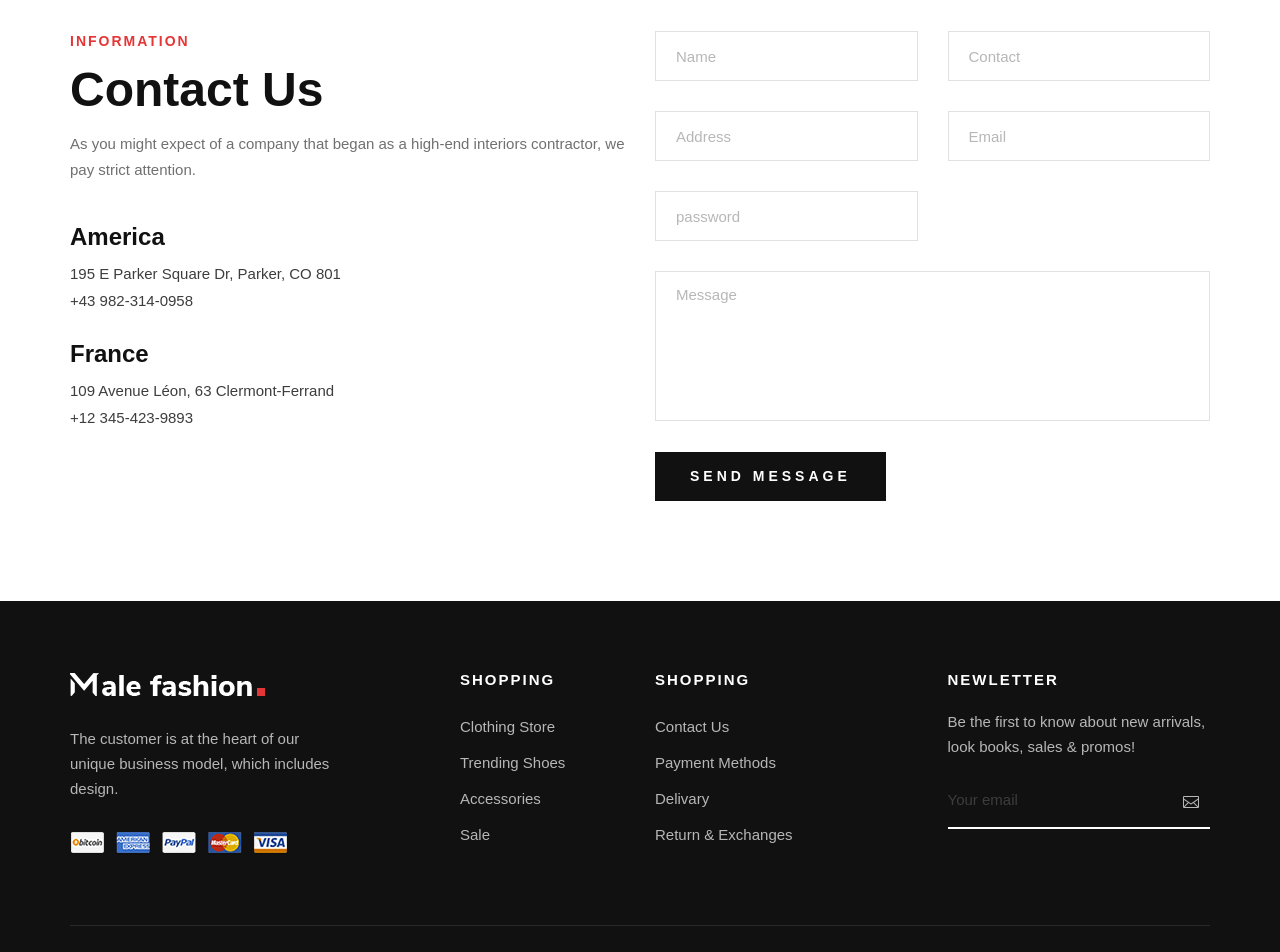
Repository: ArpanJain5/projects
Page: http://localhost/male_fashion/seller-registration.jsp
An editor plug-in stored every save of this project. The page is shown before and after the next save, followed by the edit.
The browser window is 1280 px wide. The pictures show the part of the page from y = 699 to 1651 px (the page is 1690 px tall).
Some web fonts or font styles are not loaded; a fallback is used. The page is served by Tomcat 9.

Above is the page before, as saved 2022-07-19 11:40:38.

After the next save:
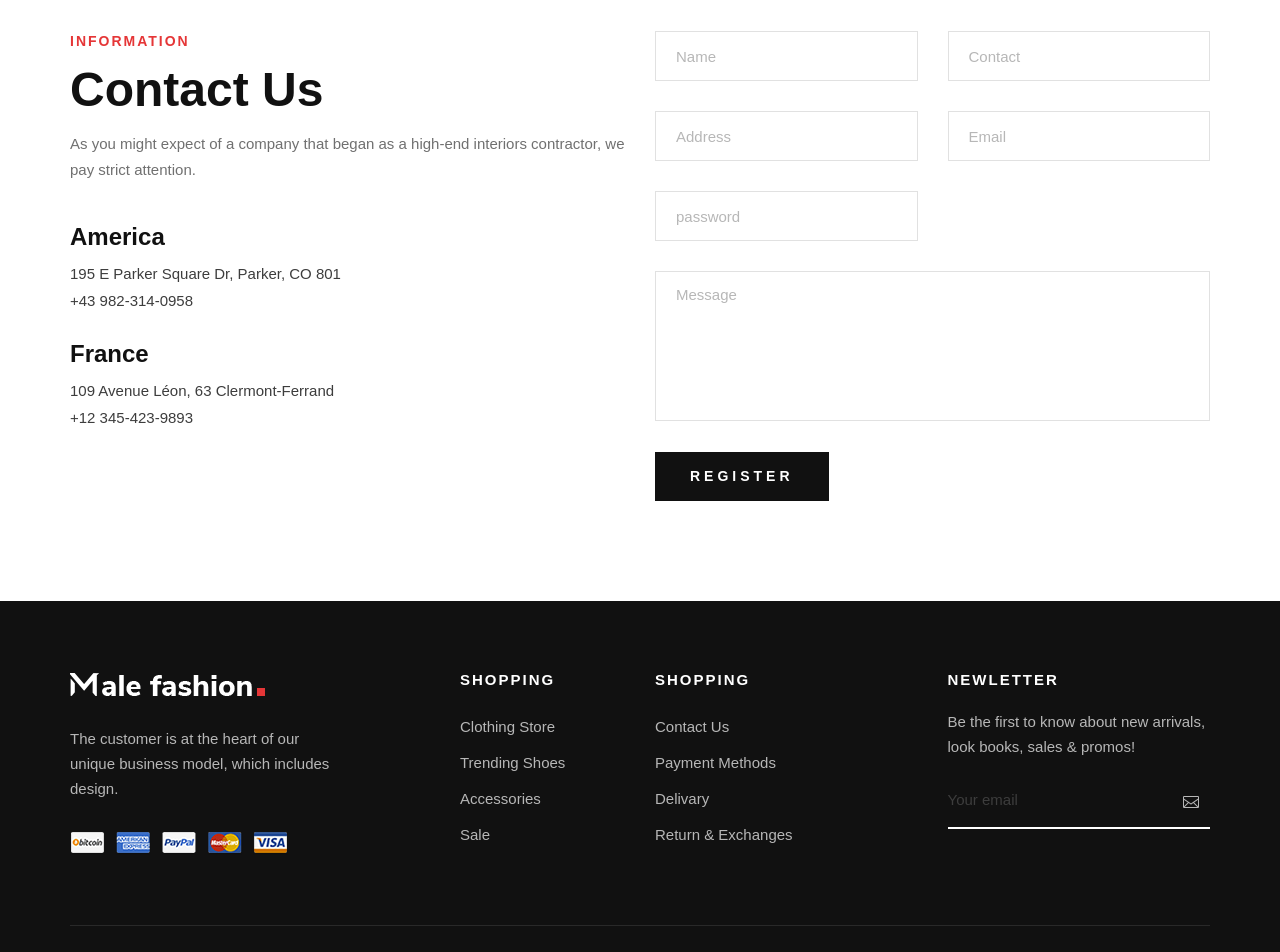
Saved 39 s later.
--- a/male fashion/src/main/webapp/seller-registration.jsp
+++ b/male fashion/src/main/webapp/seller-registration.jsp
@@ -186,7 +186,7 @@
                                 </div>
                                 <div class="col-lg-12">
                                     <textarea placeholder="Message"></textarea>
-                                    <button type="submit" class="site-btn">Send Message</button>
+                                    <button type="submit" class="site-btn">Register</button>
                                 </div>
                             </div>
                         </form>
